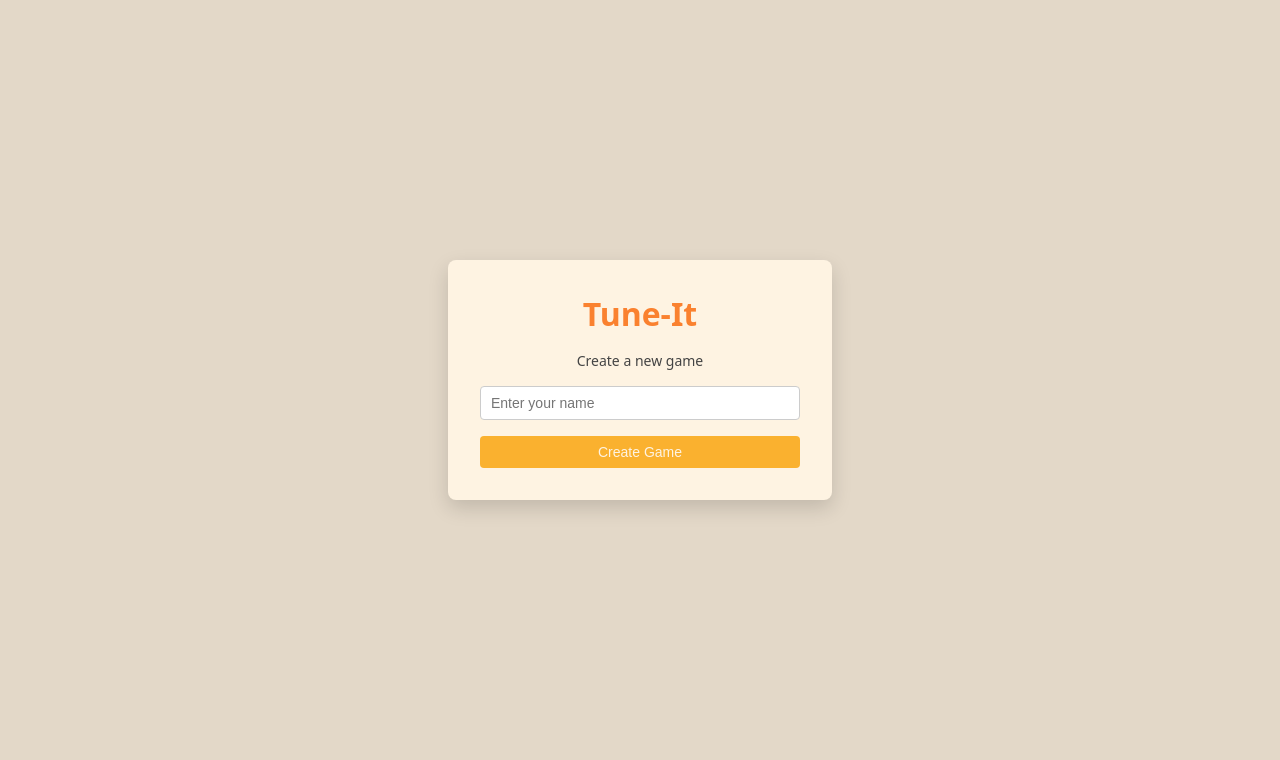
Repository: APresta19/tune-it
Page: /create
An editor plug-in stored every save of this project. The page is shown before and after a run of saves, followed by the edit.
The browser window is 1280 px wide. The pictures show the whole page.
The project was rebuilt for these pictures with package versions that can differ from the ones it lists, and the page was loaded fresh each time. Also part of the build but not shown: src/css/Song.css, src/components/Song.jsx, src/components/AddSong.jsx, src/components/ProgressBar.jsx, src/components/PlayerGuess.jsx, src/components/Playback.jsx, src/css/JoinGame.css, src/components/JoinGame.jsx and 4 more.

Above is the page before, as saved 2025-12-23 23:11:43.

After the next 3 saves:
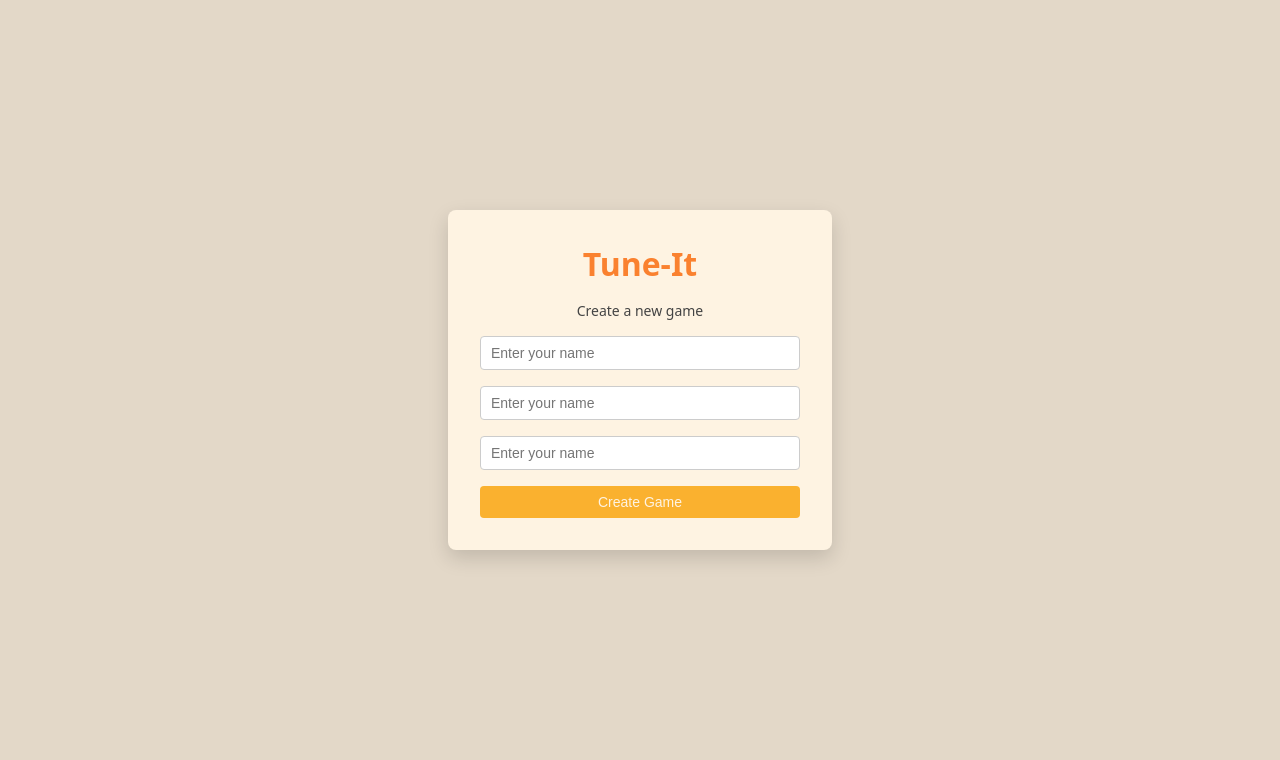
The 3 saves are shown as one change because they came seconds apart.
The last was saved 36 s later.
--- a/src/components/CreateGame.jsx
+++ b/src/components/CreateGame.jsx
@@ -59,6 +59,20 @@ function CreateGame() {
           onChange={(e) => setHostName(e.target.value)}
         />
 
+        <input
+          type="text"
+          placeholder="Enter your name"
+          value={hostName}
+          onChange={(e) => setHostName(e.target.value)}
+        />
+
+        <input
+          type="text"
+          placeholder="Enter your name"
+          value={hostName}
+          onChange={(e) => setHostName(e.target.value)}
+        />
+
         {error && <span className="error-text">{error}</span>}
 
         <button onClick={handleCreateGame} disabled={loading}>
